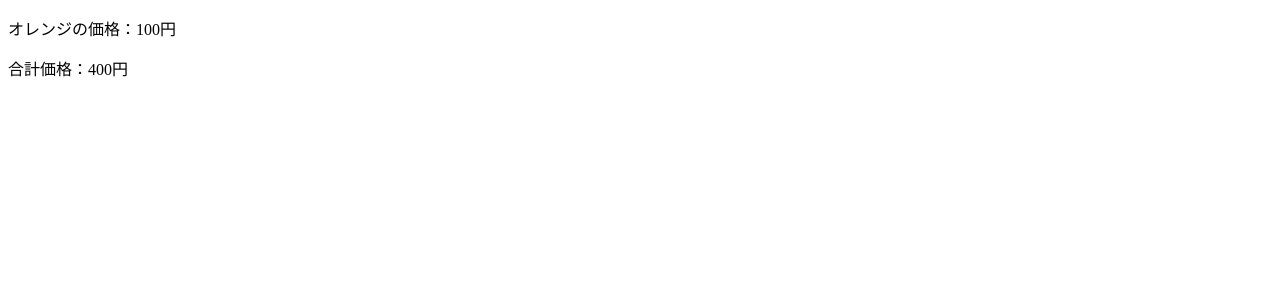
Repository: wadashuri/gourmet-website-develop
Page: js.1/07/func_sample2.html
The author's editor kept a record of every edit. The page is drawn from the files as they stood at one moment, then again after the next edit.
The browser window is 1280 px wide. The pictures show the whole page.

Above is the page before.

### js.1/07/func_sample2.html
<!DOCTYPE html>
<html lang="ja">
<head>
    <meta charset="UTF-8">
    <meta name="viewport" content="width=device-width, initial-scale=1.0">
    <meta http-equiv="X-UA-Compatible" content="ie=edge">
    <title>Document</title>
</head>
<body>

<script>

const get_apple_price = () => {
    let now_date = new Date();

    if (now_date.getDay() === 2) {
        // document.write(`<p>アップルの価格：200円</p>`);
        return 200;
    } else {
        // document.write(`<p>アップルの価格：300円</p>`);
        return 300;
    }
}

let apple_price = get_apple_price();
let orange_price = 100;
let total_price = apple_price + orange_price;

// document.write(`<p>アップルの価格：${apple_price}円</p>`);
document.write(`<p>オレンジの価格：${orange_price}円</p>`);
document.write(`<p>合計価格：${total_price}円</p>`);

</script>

</body>
</html>

After the next edit:
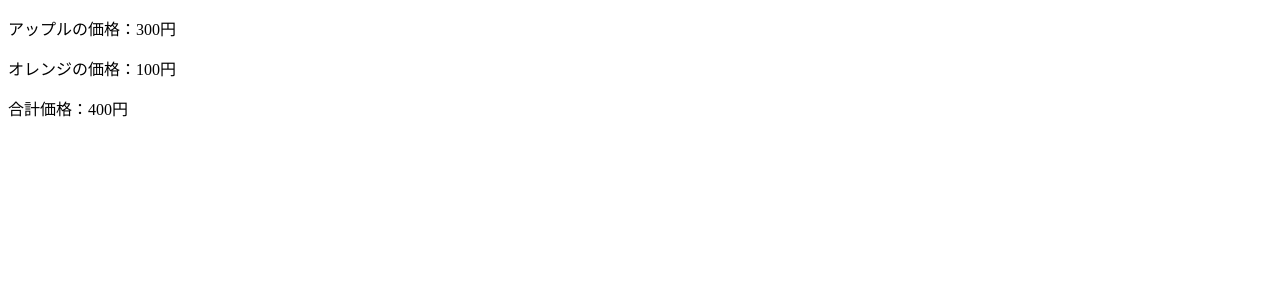
The edit:
--- a/js.1/07/func_sample2.html
+++ b/js.1/07/func_sample2.html
@@ -26,7 +26,7 @@
 let orange_price = 100;
 let total_price = apple_price + orange_price;
 
-// document.write(`<p>アップルの価格：${apple_price}円</p>`);
+document.write(`<p>アップルの価格：${apple_price}円</p>`);
 document.write(`<p>オレンジの価格：${orange_price}円</p>`);
 document.write(`<p>合計価格：${total_price}円</p>`);
 
